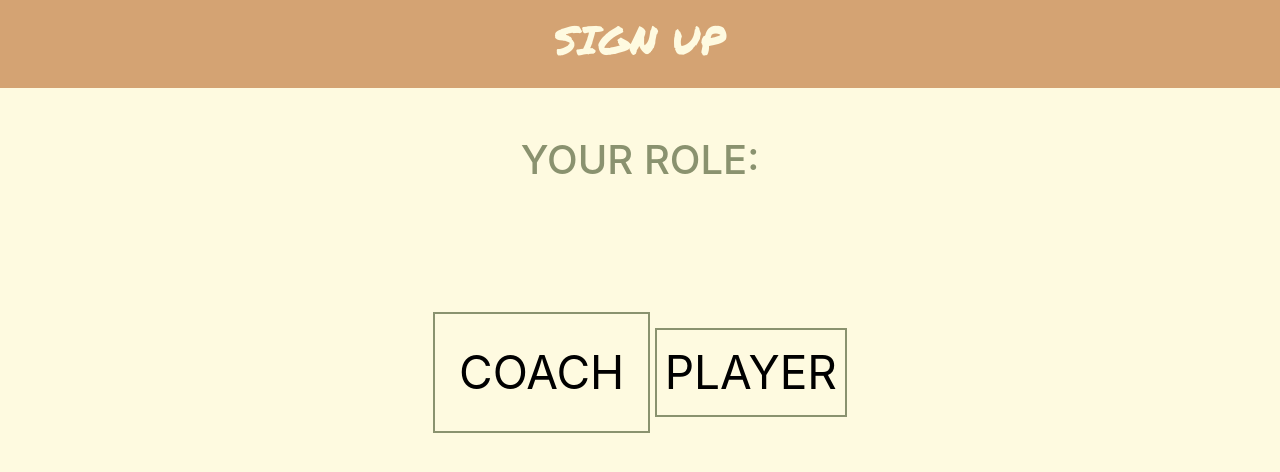
Repository: Aryaholmukhe/treasureHacks
Page: http://localhost/signup
These files come from the project's save history. The page is drawn as it stood at one moment and after the next save; the edit follows.
The browser window is 1280 px wide. The pictures show the whole page.
The page is served by the project's Node server (server.js).

Above is the page before, as saved 2022-03-27 00:33:17.

After the next save:
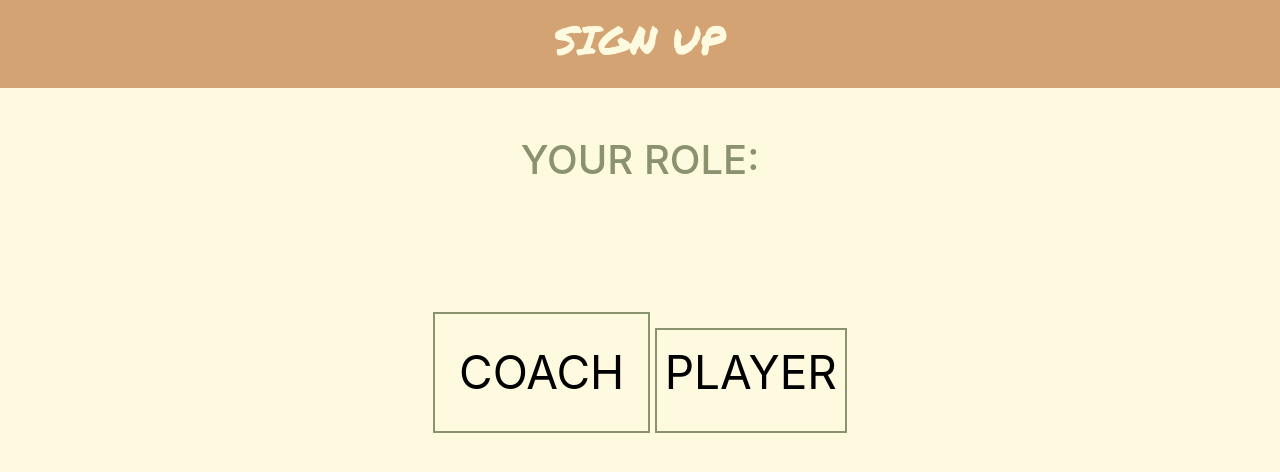
Saved 6 s later.
--- a/views/signup/signup.ejs
+++ b/views/signup/signup.ejs
@@ -21,7 +21,7 @@
 
     <div class="text-center" style="margin-top: 10%">
     <a href="./coach" ><button class="pl-4 pr-4 pt-4 pb-4" style="font-size: 46px; border: 2px solid #8A926F; background-color: transparent; padding: 1%" name="coach">COACH</button></a>
-    <a  href="./player"><button class="pl-2 pr-2 pt-2 pb-2" style="font-size: 46px; border: 2px solid #8A926F; background-color: transparent;8A926F; padding 1%" name="player">PLAYER</button></a>
+    <a  href="./player"><button class="pl-2 pr-2 pt-2 pb-4" style="font-size: 46px; border: 2px solid #8A926F; background-color: transparent;8A926F; padding 1%" name="player">PLAYER</button></a>
     </div>
 
 </body>
